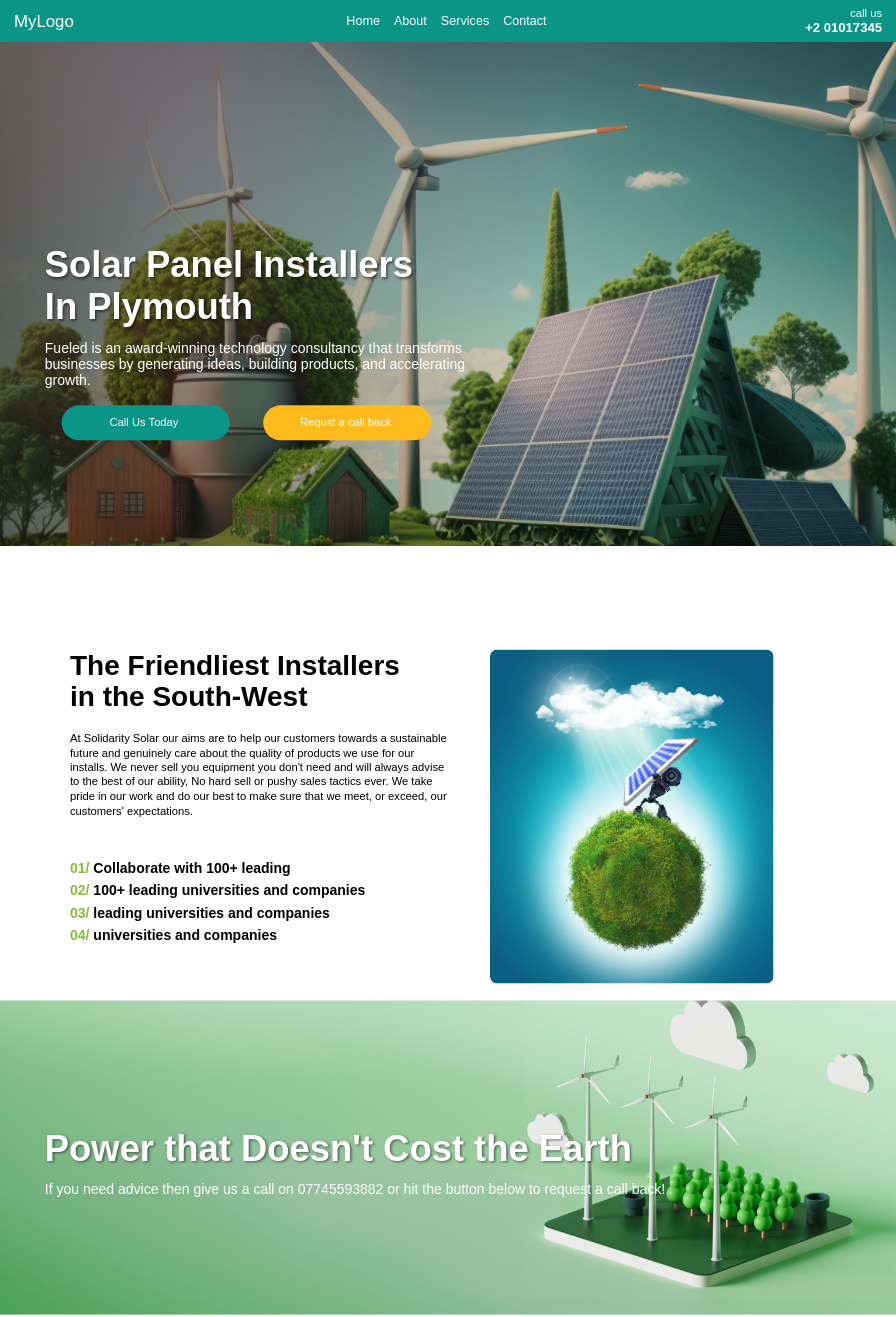
Repository: MaramNabil872/Landing-Page
Page: landingPage.html
The author's editor kept a copy of each file at every save. The page is drawn from the files as they stood at one save, then again after the next save.
The browser window is 1280 px wide. The pictures show the whole page, at 70% of full size.

Above is the page before, as saved 2024-10-20 21:37:32.

### landingPage.html
<!DOCTYPE html>
<html lang="en">
    <head>
        <meta charset="UTF-8" />
        <meta name="viewport" content="width=device-width, initial-scale=1.0" />
        <title>Landing Page</title>
        <link rel="stylesheet" href="landingPage.css" />
    </head>
    <body>
        <nav class="navbar">
            <div class="logo">MyLogo</div>

            <ul class="nav-links">
                <li><a href="#home">Home</a></li>
                <li><a href="#about">About</a></li>
                <li><a href="#services">Services</a></li>
                <li><a href="#contact">Contact</a></li>
            </ul>
            <div class="call">
                <p>call us</p>
                <h3>+2 01017345</h3>
            </div>
        </nav>

        <div class="image-container">
            <img
                src="images/solar-panels-meadow 1.png"
                alt="Background Image"
                class="background-image"
            />
            <div class="main-text">
                <h2 class="text-wallpaper">
                    Solar Panel Installers <br />
                    In Plymouth
                </h2>
                <br />
                <p class="text-paragraph">
                    Fueled is an award-winning technology consultancy that
                    transforms <br />
                    businesses by generating ideas, building products, and
                    accelerating<br />
                    growth.
                </p>
                <div class="button-container">
                    <button class="button-wallpaper1">Call Us Today</button>
                    <button class="button-wallpaper2">
                        Requst a call back
                    </button>
                </div>
            </div>
        </div>

        <!-- first container -->

        <div class="container1">
            <div class="text-container1">
                <p class="title-container1">
                    The Friendliest Installers <br />in the South-West
                </p>
                <p class="paragraph-container1">
                    At Solidarity Solar our aims are to help our customers
                    towards a sustainable future and genuinely care about the
                    quality of products we use for our installs. We never sell
                    you equipment you don't need and will always advise to the
                    best of our ability, No hard sell or pushy sales tactics
                    ever. We take pride in our work and do our best to make sure
                    that we meet, or exceed, our customers' expectations.
                </p>
                <div class="last-container1">
                    <p>
                        <span class="number-container1">01/ </span>Collaborate
                        with 100+ leading
                    </p>
                    <p>
                        <span class="number-container1">02/ </span> 100+ leading
                        universities and companies
                    </p>
                    <p>
                        <span class="number-container1">03/ </span> leading
                        universities and companies
                    </p>
                    <p>
                        <span class="number-container1">04/ </span> universities
                        and companies
                    </p>
                </div>
            </div>
            <div class="image-container1">
                <img src="images/Rectangle 30.png" alt="solar" />
            </div>
        </div>

        <!-- second section -->

        <div class="section2">
            <img src="images/middle.png" alt="img">
            <div class="main-text">
                <h2 class="text-wallpaper">Power that Doesn't Cost the Earth</h2>
                <br />
                <p class="text-paragraph">If you need advice then give us a call on 07745593882 or hit the button below to request a call back!</p>
            </div>
        </div>
    </body>
</html>

### landingPage.css
* {
    margin: 0;
    padding: 0;
    box-sizing: border-box; /* Added for consistent sizing */
}

body {
    font-family: Arial, sans-serif;
}
@media (max-width: 480px) {
    .text-overlay {
        font-size: 1.2rem; /* Even smaller text size for very small screens */
    }

    .call h3 {
        font-size: 1.2rem; /* Adjust call size for small screens */
    }
}

.navbar {
    background-color: #0b9586;
    display: flex;
    justify-content: space-between;
    align-items: center;
    padding: 10px 20px;
    position: relative;
    flex-wrap: wrap; /* Allow items to wrap on smaller screens */
}

.logo {
    color: #fff;
    font-size: 24px;
}

.nav-links {
    list-style: none;
    display: flex;
    flex-wrap: wrap; /* Allow links to wrap on smaller screens */
}

.nav-links li {
    margin-left: 20px;
}

.nav-links a {
    text-decoration: none;
    color: white;
    font-size: 18px;
    transition: color 0.3s;
}

.nav-links a:hover {
    color: #f0a500;
}

.call {
    color: #fff;
    text-align: right; /* Align text to the right */
}

.image-container {
    position: relative;
    width: 100%;
    height: 100vh;
    overflow: hidden;
}

.background-image {
    width: 100%;
    height: 100%;
    object-fit: cover;
}
.main-text{
    position: absolute;
    top: 40%;
    left:5%;
}
.text-wallpaper {


    color: white;
    font-size: 52px;
    font-weight: bold;
    text-shadow: 2px 2px 4px rgba(0, 0, 0, 0.5);
}
.text-paragraph{
    color: white;
    font-size:  20px;

}
.button-container{
    display: flex;
}
.button-wallpaper1 {
    background-color: #0b9586;
    color: white;
    border: none;
    border-radius: 20em;
    padding: 0.8em 1.5em 0.8em 1.2em;
    width: 40%;
    margin: 4%;
    height: 50px;
    font-size: 16px;
    cursor: pointer;
    align-items: center;

}
.button-wallpaper2 {
    background-color:  #FFBB1C;
    ;
    color: white;
    border: none;
    border-radius: 20em;
    padding: 0.8em 1.5em 0.8em 1.2em;
    width: 40%;
    margin: 4%;
    height: 50px;
    font-size: 16px;
    cursor: pointer;
    align-items: center;

}

.container1 {
    display: flex;
    background-color: white;
    padding-top: 10%;
    border-radius: 8px;
    max-width: 1200px;
    margin: 20px auto;


}
.title-container1{
    font-size: 40px;
    font-weight: bold;


}
.text-container1 {
   flex:1;
    padding-right:5%;
padding-left: 5%;}
.paragraph-container1{
    margin-top: 5%;
    line-height: 1.3;
}

.last-container1{
    font-size: 20px;
    font-weight: bold;
    padding-top: 10%;
    line-height: 1.6;
    .number-container1{
        color:#84BD3A;
        ;
    }
}
.image-container1 {
   flex:1
}

.image-container1 img {
    width: 75%;
    height: auto;
    border-radius: 8px;
}


.section2 {
    position: relative;
    width: 100%;
    overflow: hidden;
}

.section2 img {
    width: 100%;
    height: auto; }

.section2-text {
    position: absolute;
    top: 50%;
    left:5%;
    color: white;
    text-align: center;

}
/* Media Queries for Responsiveness */
@media (max-width: 768px) {
    .navbar {
        flex-direction: column; /* Stack items vertically */
        align-items: flex-start; /* Align items to the left */
    }

    .nav-links {
        margin-top: 10px; /* Space between navbar and links */
    }

    .nav-links li {
        margin-left: 0;
        margin-bottom: 10px; /* Space between links */
    }

    .text-overlay {
        font-size: 1.5rem; /* Smaller text size for mobile */
    }
}

After the next save:
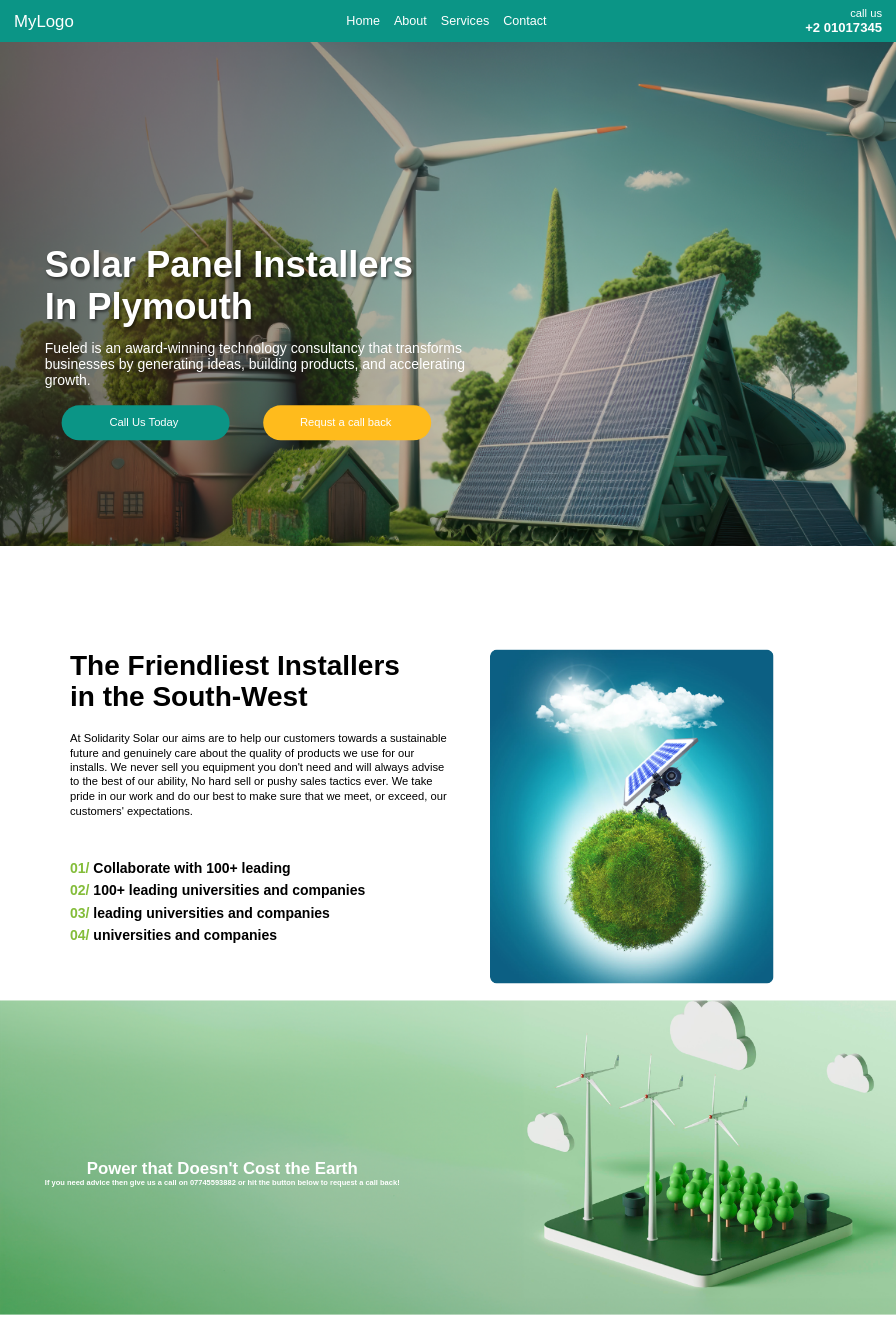
Saved 96 s later.
--- a/landingPage.html
+++ b/landingPage.html
@@ -94,10 +94,9 @@
 
         <div class="section2">
             <img src="images/middle.png" alt="img">
-            <div class="main-text">
-                <h2 class="text-wallpaper">Power that Doesn't Cost the Earth</h2>
-                <br />
-                <p class="text-paragraph">If you need advice then give us a call on 07745593882 or hit the button below to request a call back!</p>
+            <div class="section2-text">
+                <h2>Power that Doesn't Cost the Earth</h2>
+              <h6 >If you need advice then give us a call on 07745593882 or hit the button below to request a call back!</h6>
             </div>
         </div>
     </body>
